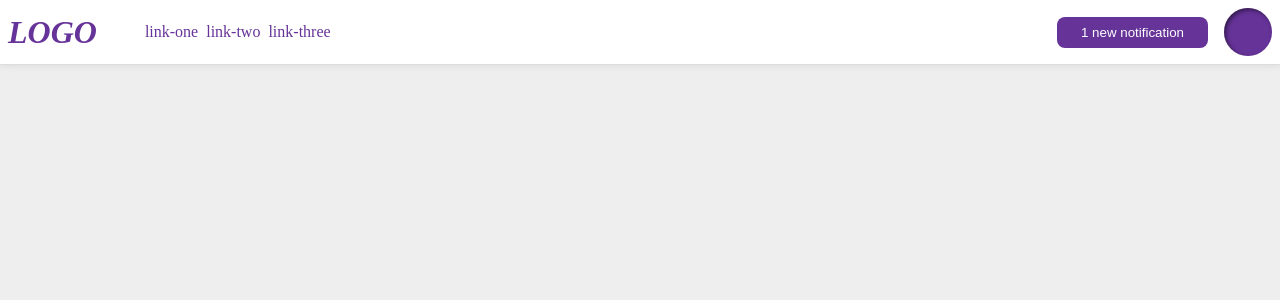
Repository: bbrockbrown/css-exercises
Page: flex/03-flex-header-2/index.html
An editor plug-in stored every save of this project. The page is shown before and after the next save, followed by the edit.
The browser window is 1280 px wide. The pictures show the whole page.
Some web fonts or font styles are not loaded; a fallback is used.

Above is the page before, as saved 2024-07-21 13:16:00.

After the next save:
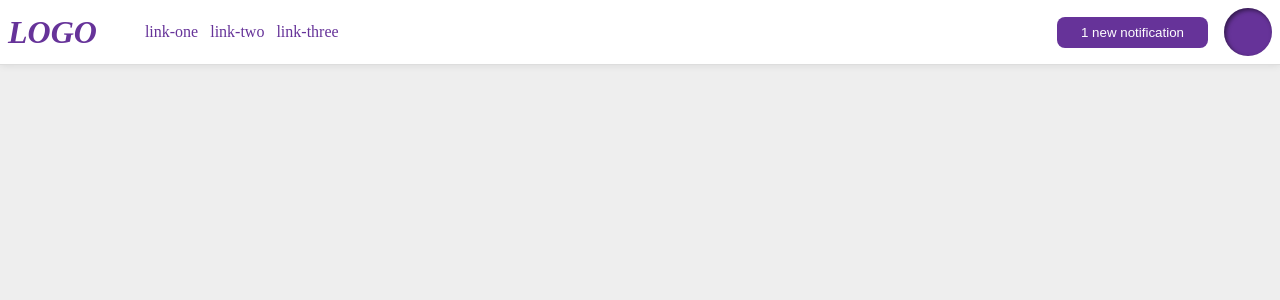
Saved 17 s later.
--- a/flex/03-flex-header-2/style.css
+++ b/flex/03-flex-header-2/style.css
@@ -64,5 +64,5 @@ a {
 ul {
   list-style-type: none;
   display: flex;
-  gap: 8px;
+  gap: 12px;
 }
